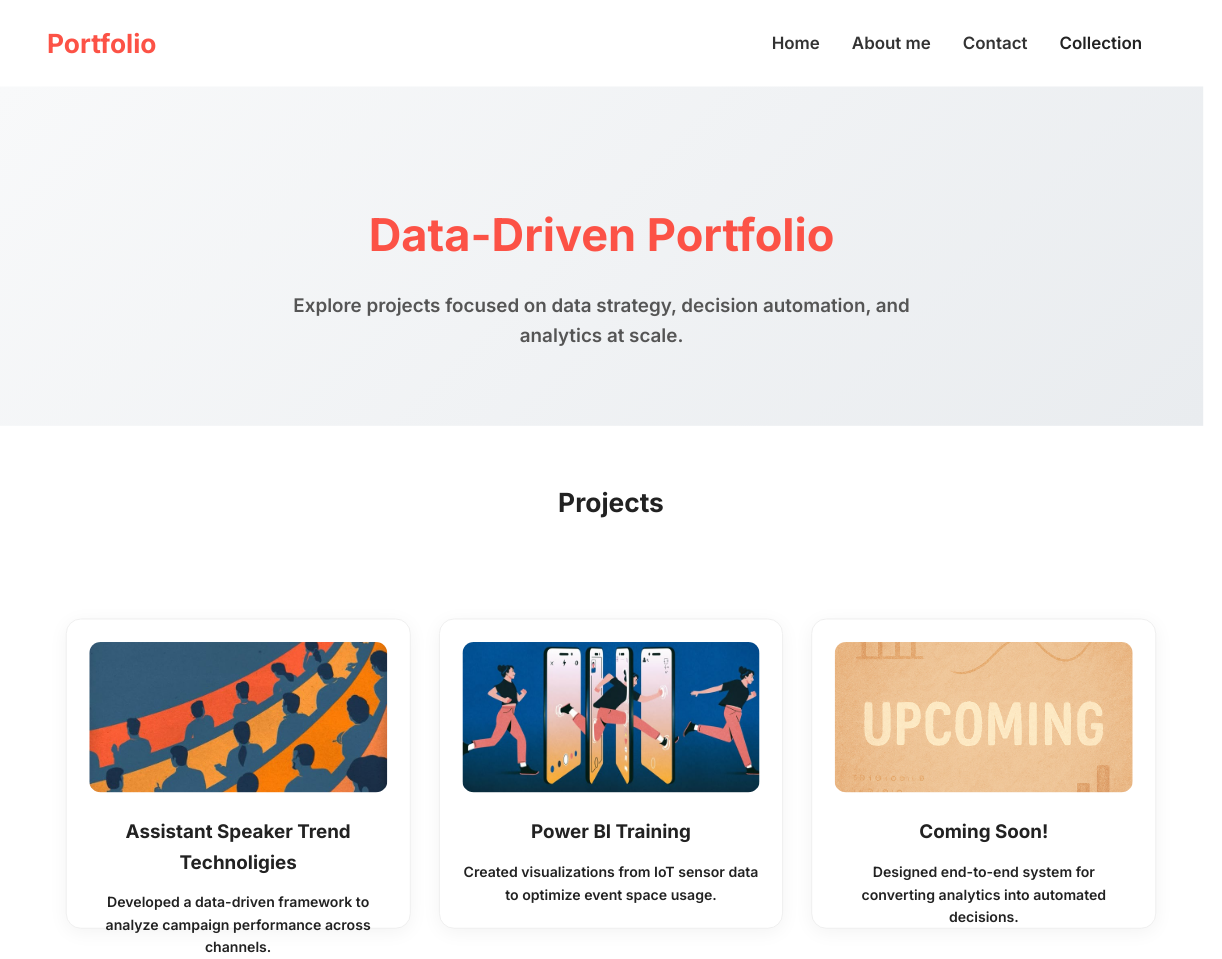
Repository: Wipas1919/Archive-portfolio
Page: projects/strategic-data.html
The author's editor kept a copy of each file at every save. The page is drawn from the files as they stood at one save, then again after the next save.
The browser window is 1280 px wide. The page is 1300 px wide, so the pictures cover 1300 px, including what lies to the right of the window. The pictures show the whole page, at 94% of full size.

Above is the page before, as saved 2025-06-01 20:35:29.

After the next save:
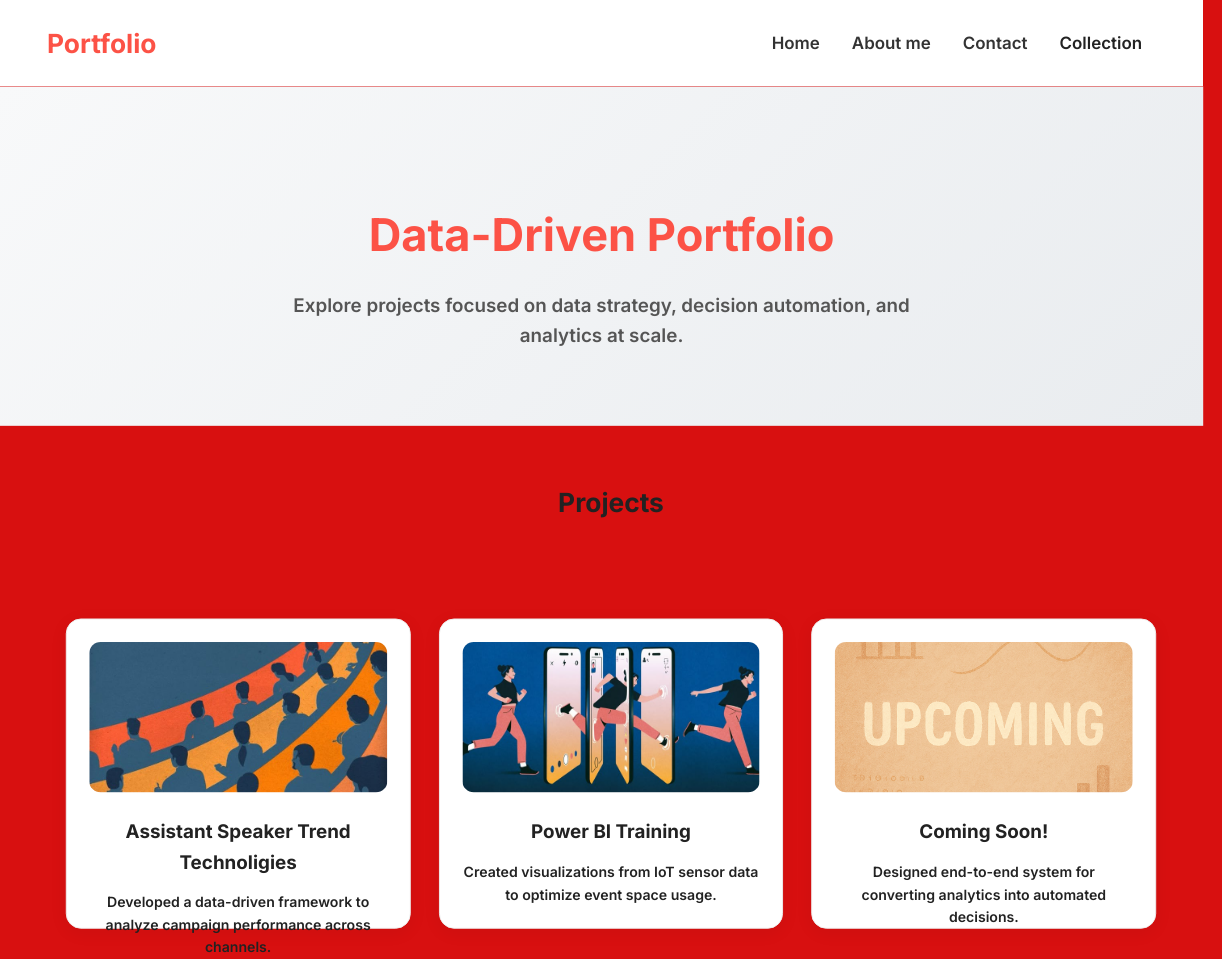
Saved 23 s later.
--- a/style/main.css
+++ b/style/main.css
@@ -2,7 +2,7 @@
 body {
   margin: 0;
   font-family: 'Poppins', sans-serif;
-  background: #fff;
+  background: #d81010;
   color: #222;
   line-height: 1.6;
   scroll-behavior: smooth;

After the save that followed:
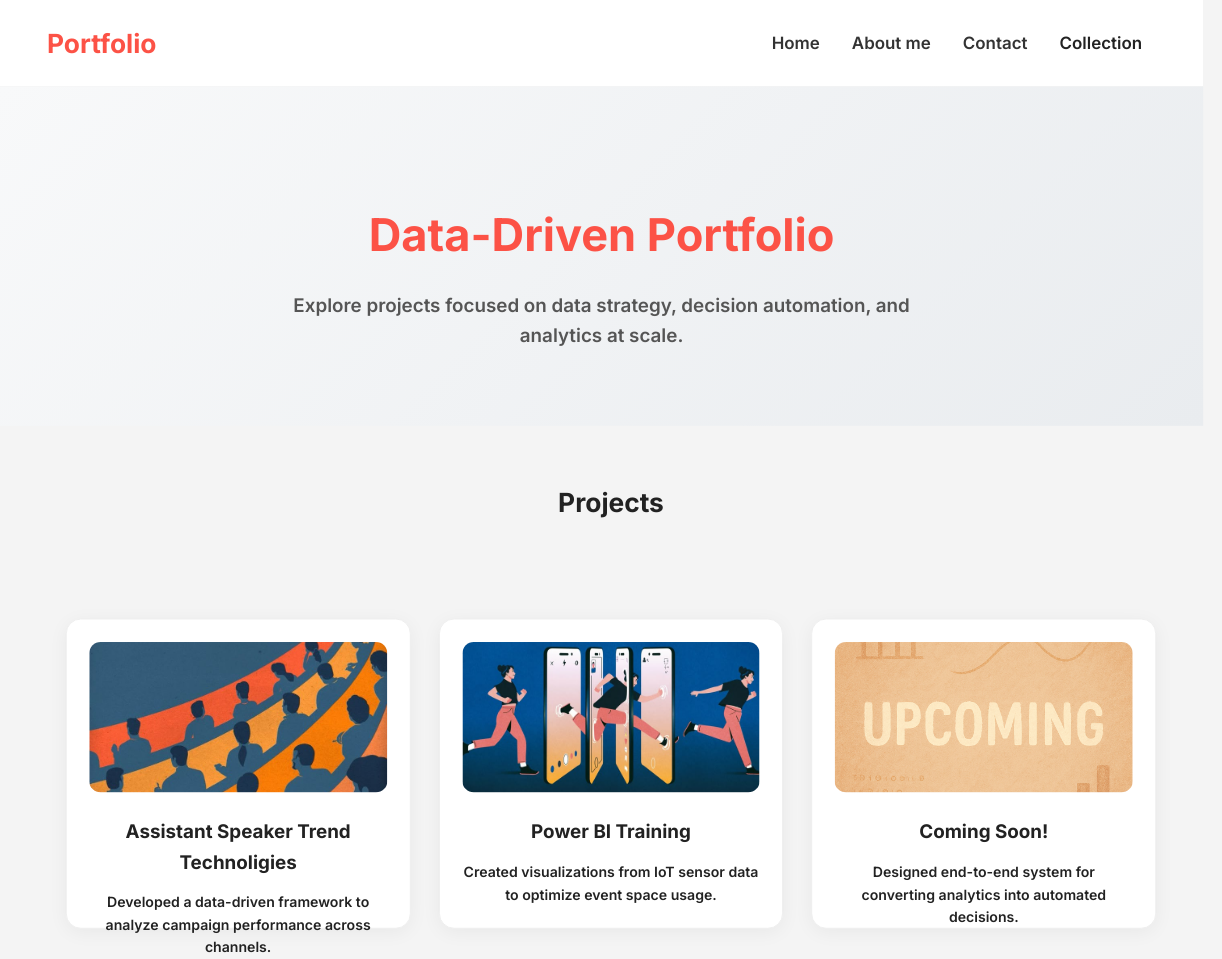
Saved 8 s later.
--- a/style/main.css
+++ b/style/main.css
@@ -2,7 +2,7 @@
 body {
   margin: 0;
   font-family: 'Poppins', sans-serif;
-  background: #d81010;
+  background: #f4f4f4;
   color: #222;
   line-height: 1.6;
   scroll-behavior: smooth;
